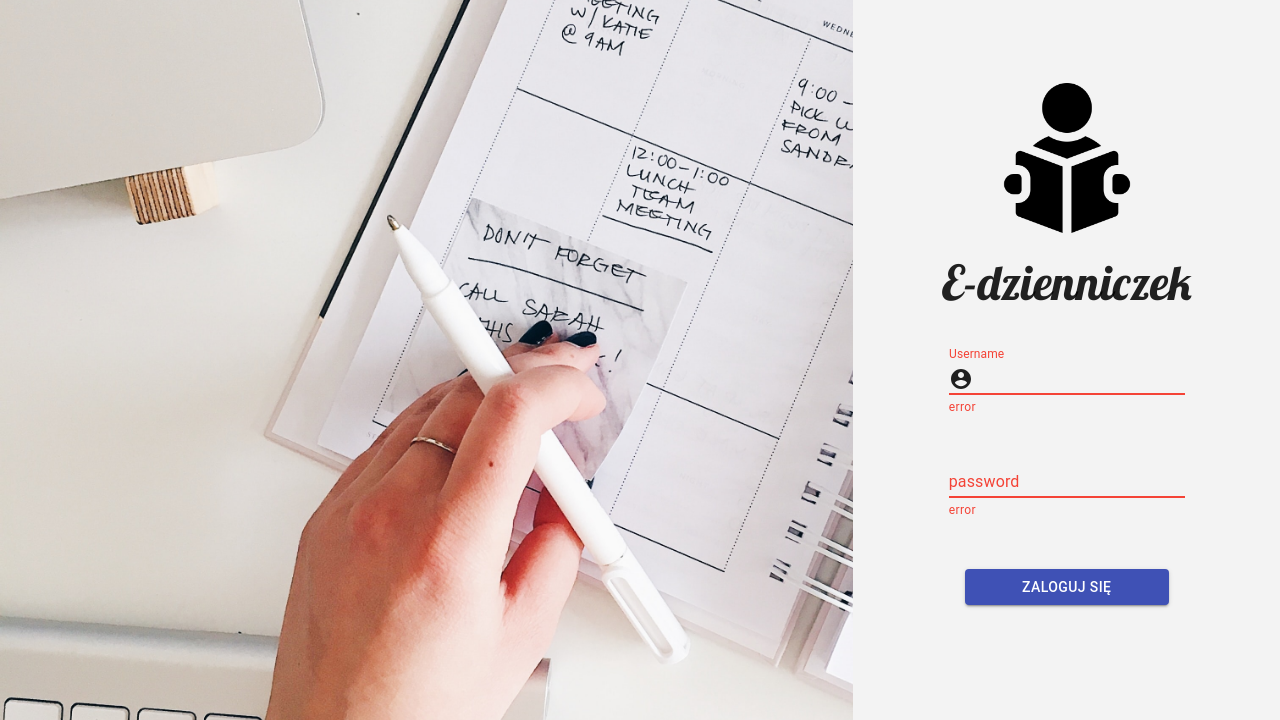
Repository: dominik3131/E-dzienniczek
Page: /
The author's editor kept a copy of each file at every save. The page is drawn from the files as they stood at one save, then again after the next save.
The browser window is 1280 px wide. The pictures show the whole page.
The project was rebuilt for these pictures with package versions that can differ from the ones it lists, and the page was loaded fresh each time.

Above is the page before, as saved 2020-11-17 14:06:46.

After the next save:
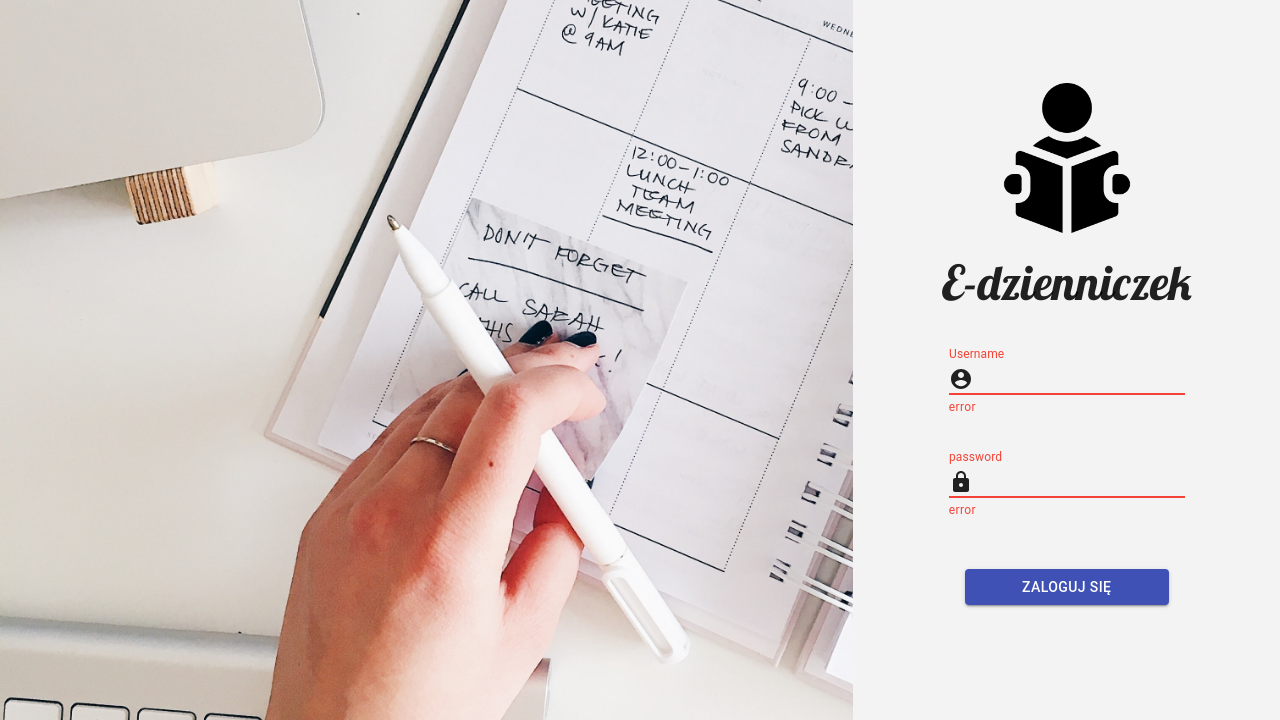
Saved 41 s later.
--- a/src/components/LoginForm/LoginForm.js
+++ b/src/components/LoginForm/LoginForm.js
@@ -60,11 +60,13 @@ const LoginForm = (props) => {
         label="password"
         error={data.username.length === 0 ? "podany email nie istnieje" : null}
         helperText="error"
-        startAdornment={
-          <InputAdornment position="start">
-            <LockRoundedIcon />
-          </InputAdornment>
-        }
+        InputProps={{
+          startAdornment: (
+            <InputAdornment position="start">
+              <LockRoundedIcon />
+            </InputAdornment>
+          ),
+        }}
         type="password"
         onChange={handleChange}
       />
